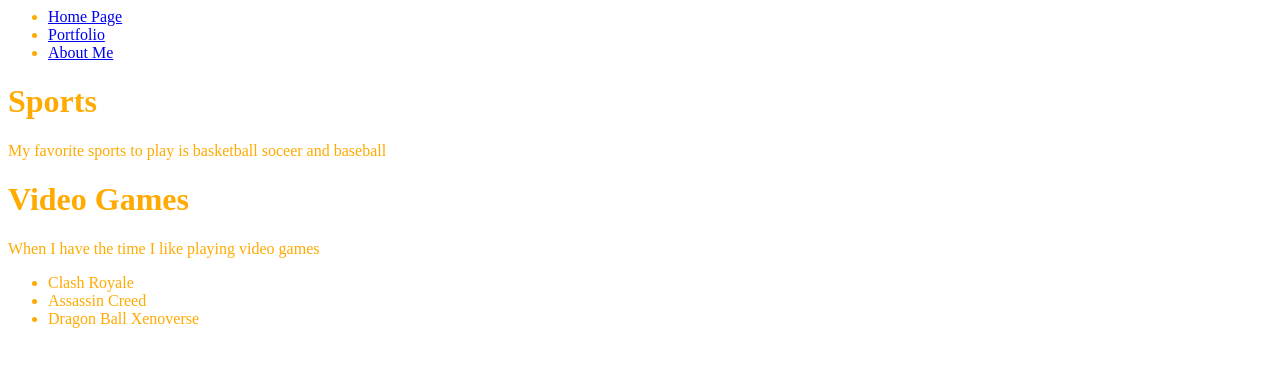
Repository: KevinAbr/KevinAbr.github.io
Page: about.html
The author's editor kept a record of every edit. The page is drawn from the files as they stood at one moment, then again after the next edit.
The browser window is 1280 px wide. The pictures show the whole page.

Above is the page before.

### about.html
<html>
    <head>
       <title>About Me</title>
        <style>
            body {
                color:rgb(255, 170, 0);
        }


        </style>
    </head>

    <body>
        <ul>
          <li><a href="index.html">Home Page</a></li>
          <li><a href="portfolio.html">Portfolio</a></li>
          <li><a href="about.html">About Me</a></li>
        </ul>
    <h1> Sports </h1>
       <p> My favorite sports to play is basketball soceer and baseball</p>

    <h1> Video Games </h1>
        <a></a>


        <p>When I have the time I like playing video games</p>

        <ul>
            <li> Clash Royale</li>
            <li>Assassin Creed</li>
            <li>Dragon Ball Xenoverse</li>
        </ul>

</html>

After the next edit:
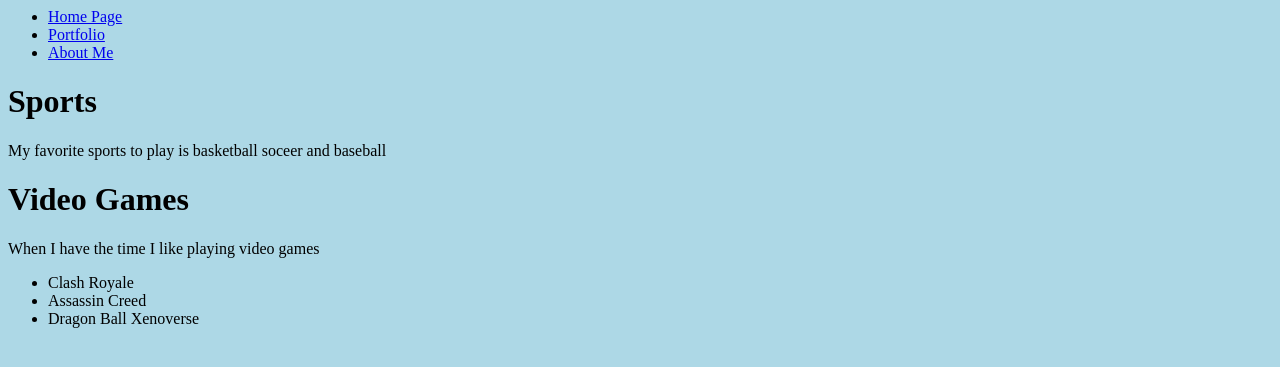
The edit:
--- a/about.html
+++ b/about.html
@@ -3,10 +3,13 @@
        <title>About Me</title>
         <style>
             body {
-                color:rgb(255, 170, 0);
+                color:black;
         }
 
+            body {
+            background:lightblue;
 
+        }
         </style>
     </head>
 
